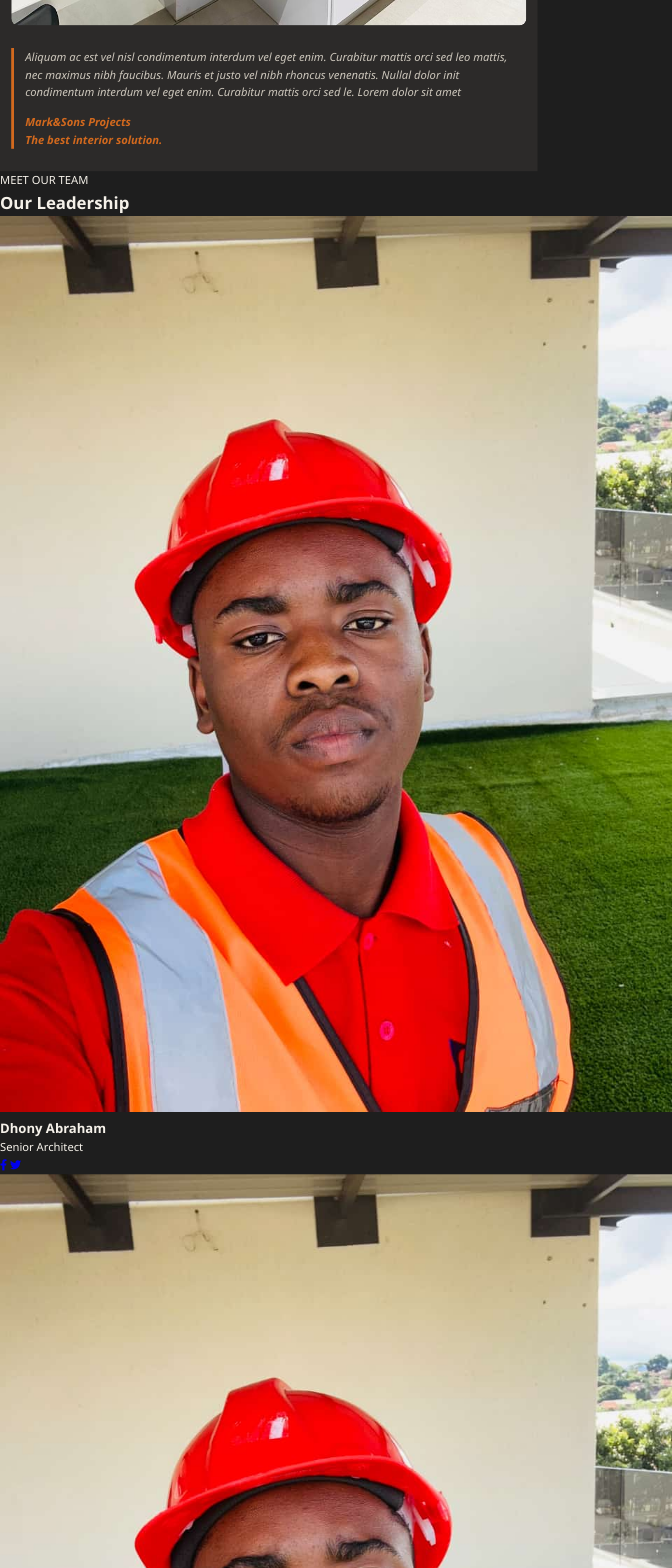
Repository: VallowEvido/Mark-SonsProjects
Page: about.html
An editor plug-in stored every save of this project. The page is shown before and after a run of saves, followed by the edit.
The browser window is 768 px wide. The page is 960 px wide, then 768 px, so the pictures cover 960 px, including what lies to the right of the window. The pictures show the part of the page from y = 1612 to 3852 px (the page is 7395 px tall before and 3741 px after), at 70% of full size.

Above is the page before, as saved 2025-07-18 10:28:53.

### about.html
 <!DOCTYPE html>
<html lang="en">
<head>
  <meta charset="UTF-8" />
  <meta name="viewport" content="width=device-width, initial-scale=1" />
  <title>About Us - Carpentry</title>
  <link rel="stylesheet" href="styles.css" />
  <link rel="stylesheet" href="https://cdnjs.cloudflare.com/ajax/libs/font-awesome/6.4.0/css/all.min.css" />
</head>
<body>
  <nav>
    <div class="logo">Mark&Sons Projects</div>
    <ul>
      <li><a href="home.html">Home</a></li>
      <li><a href="#" class="active">About</a></li>
      <li><a href="services.html">Services</a></li>
      <li><a href="projects.html">Projects</a></li>
      <li><a href="blog.html">Blog</a></li>
      <li><a href="contact.html">Contact</a></li>
    </ul>
  </nav>

  <section class="about-hero">
    <div class="about-hero-content">
      <h1>About Us</h1>
      <p><a href="home.html">Home</a> &raquo; <strong>About Us</strong></p>
    </div>
  </section>

  <section class="about-main">
    <div class="about-text">
      <h5>AN ENCHANTING DREAM HOME.</h5>
      <h2>We Have 10+ Years Of Experience.</h2>
      <p>Aliquam ac est vel nisl condimentum interdum vel eget enim. Curabitur mattis orci sed leo mattis, nec maximus nibh faucibus.</p>
      <a href="#" class="btn btn-pink">Read More</a>
    </div>
    <div class="about-image">
      <img src="images/kitchen/IMG-20241116-WA0012.jpg" alt="About Us Image" />
    </div>
    <div class="about-quote">
      <blockquote>
        <p><em>Aliquam ac est vel nisl condimentum interdum vel eget enim. Curabitur mattis orci sed leo mattis, nec maximus nibh faucibus. Mauris et justo vel nibh rhoncus venenatis. Nullal dolor init condimentum interdum vel eget enim. Curabitur mattis orci sed le. Lorem dolor sit amet</em></p>
        <footer><strong>Mark&Sons Projects</strong><br /><em>The best interior solution.</em></footer>
      </blockquote>
    </div>
  </section>

  <section class="leadership-section">
    <div class="container">
      <p class="section-subtitle">MEET OUR TEAM</p>
      <h2 class="section-title">Our Leadership</h2>
      <div class="leadership-cards">
        <div class="leadership-card">
          <img src="teammembers/fan.jpg" alt="Dhony Abraham" />
          <h3>Dhony Abraham</h3>
          <p>Senior Architect</p>
          <div class="social-icons">
            <a href="#" class="facebook"><i class="fab fa-facebook-f"></i></a>
            <a href="#" class="twitter"><i class="fab fa-twitter"></i></a>
          </div>
        </div>
        <div class="leadership-card">
          <img src="teammembers/fan.jpg" alt="Natalia Olson" />
          <h3>Natalia Olson</h3>
          <p>Creative Director</p>
          <div class="social-icons">
            <a href="#" class="facebook"><i class="fab fa-facebook-f"></i></a>
            <a href="#" class="twitter"><i class="fab fa-twitter"></i></a>
          </div>
        </div>
        <div class="leadership-card">
          <img src="teammembers/fan.jpg" alt="Rhoda Byrd" />
          <h3>Rhoda Byrd</h3>
          <p>Senior Architect</p>
          <div class="social-icons">
            <a href="#" class="facebook"><i class="fab fa-facebook-f"></i></a>
            <a href="#" class="twitter"><i class="fab fa-twitter"></i></a>
          </div>
        </div>
        <div class="leadership-card">
          <img src="teammembers/fan.jpg" alt="Grace Hall" />
          <h3>Grace Hall</h3>
          <p>Creative Director</p>
          <div class="social-icons">
            <a href="#" class="facebook"><i class="fab fa-facebook-f"></i></a>
            <a href="#" class="twitter"><i class="fab fa-twitter"></i></a>
          </div>
        </div>
      </div>
    </div>
  </section>

</body>
</html>

### styles.css
/* General Reset and Base */
* {
  margin: 0;
  padding: 0;
  box-sizing: border-box;
  font-family: 'Segoe UI', Tahoma, Geneva, Verdana, sans-serif;
}

body {
  background-color: #1e1e1e; /* Dark background */
  color: #f5f1e9; /* Light beige text */
  line-height: 1.6;
}

/* Navigation Bar */
nav {
  background-color: #2c2a29; /* Dark charcoal */
  display: flex;
  justify-content: space-between;
  align-items: center;
  padding: 1rem 3rem;
  position: sticky;
  top: 0;
  z-index: 1000;
}

nav .logo {
  font-size: 1.8rem;
  font-weight: bold;
  color: #d2691e; /* Warm brown */
  letter-spacing: 1px;
}

nav ul {
  list-style: none;
  display: flex;
  gap: 2rem;
}

nav ul li a {
  color: #f5f1e9;
  text-decoration: none;
  font-weight: 600;
  transition: color 0.3s ease;
}

nav ul li a:hover,
nav ul li a.active {
  color: #d2691e; /* Warm brown highlight */
}

/* Hero Section */
.hero {
  background: url('images/kitchen/kich.jpg') no-repeat center center/cover;
  height: 80vh;
  display: flex;
  flex-direction: column;
  justify-content: center;
  align-items: center;
  text-align: center;
  padding: 0 2rem;
  position: relative;
}

.hero::after {
  content: "";
  position: absolute;
  top: 0; left: 0; right: 0; bottom: 0;
  background-color: rgba(44, 42, 41, 0.7); /* Overlay for readability */
  z-index: 1;
}

.hero-content {
  position: relative;
  z-index: 2;
  color: #f5f1e9;
  max-width: 700px;
}

.hero-content h1 {
  font-size: 3rem;
  margin-bottom: 1rem;
  font-weight: 700;
}

.hero-content p {
  font-size: 1.3rem;
  margin-bottom: 2rem;
}

.hero-content .btn {
  background-color: #d2691e;
  color: #f5f1e9;
  padding: 0.75rem 2rem;
  border: none;
  border-radius: 25px;
  font-size: 1rem;
  cursor: pointer;
  font-weight: 600;
  transition: background-color 0.3s ease;
  text-decoration: none;
  display: inline-block;
}

.hero-content .btn:hover {
  background-color: #b35414;
}

/* Services Section */
.services {
  background-color: #2c2a29;
  padding: 4rem 2rem;
  display: flex;
  justify-content: center;
  gap: 2rem;
  flex-wrap: wrap;
}

.service-card {
  background-color: #3a3735;
  padding: 2rem;
  border-radius: 10px;
  width: 280px;
  text-align: center;
  box-shadow: 0 4px 8px rgba(0,0,0,0.3);
  transition: transform 0.3s ease;
}

.service-card:hover {
  transform: translateY(-10px);
}

.service-icon {
  font-size: 2.5rem;
  color: #d2691e;
  margin-bottom: 1rem;
}

.service-card h3 {
  margin-bottom: 1rem;
  font-size: 1.25rem;
  font-weight: 700;
}

.service-card p {
  font-size: 0.95rem;
  margin-bottom: 1.5rem;
  color: #ccc6bb;
}

.service-card a {
  color: #d2691e;
  font-weight: 600;
  text-decoration: none;
  border-bottom: 2px solid transparent;
  transition: border-color 0.3s ease;
}

.service-card a:hover {
  border-color: #d2691e;
}

/* Responsive */
@media (max-width: 900px) {
  .services {
    flex-direction: column;
    align-items: center;
  }
  .service-card {
    width: 90%;
    max-width: 400px;
  }
}

/* WHY US Section */
.why-us {
  background-color: #0b0b0b;
  color: #f5f1e9;
  display: flex;
  justify-content: space-between;
  align-items: center;
  padding: 4rem 3rem;
  gap: 2rem;
  flex-wrap: wrap;
}

.why-us-content {
  flex: 1 1 250px;
  max-width: 320px;
}

.why-us-content h5 {
  color: #d2691e;
  font-weight: 700;
  letter-spacing: 2px;
  margin-bottom: 1rem;
  font-size: 0.8rem;
}

.why-us-content h2 {
  font-size: 1.3rem;
  margin-bottom: 1.5rem;
  font-weight: 700;
}

.why-us-content p {
  font-size: 0.8rem;
  margin-bottom: 2rem;
  color: #ccc6bb;
  line-height: 1.5;
}

.why-us-content .btn-pink {
  background-color: #d2691e;
  padding: 0.75rem 1.75rem;
  border-radius: 25px;
  color: #f5f1e9;
  font-weight: 600;
  text-decoration: none;
  display: inline-block;
  transition: background-color 0.3s ease;
}

.why-us-content .btn-pink:hover {
  background-color: #b35414;
}

.why-us-images {
  flex: 1 1 300px;
  display: flex;
  gap: 0.75rem;
  flex-wrap: wrap;
  justify-content: center;
}

.large-image {
  flex: 1 1 50%;
  border-radius: 10px;
  overflow: hidden;
}

.large-image img {
  width: 100%;
  height: auto;
  display: block;
  border-radius: 10px;
}

.small-images {
  flex: 1 1 40%;
  display: flex;
  flex-direction: column;
  gap: 0.75rem;
}

.small-images img {
  width: 100%;
  height: auto;
  border-radius: 10px;
  display: block;
}

/* Responsive */
@media (max-width: 900px) {
  .why-us {
    flex-direction: column;
    padding: 2rem 1rem;
  }
  .why-us-content, .why-us-images {
    max-width: 100%;
    flex: 1 1 100%;
  }
  .large-image, .small-images {
    flex: 1 1 100%;
  }
  .small-images {
    flex-direction: row;
  }
  .small-images img {
    width: 50%;
  }
}

/* Capabilities Section */
.capabilities {
  background-color: #121212;
  color: #f5f1e9;
  padding: 4rem 3rem;
  text-align: center;
}

/* About Page Styles */
.about-hero {
  background: url('images/kitchen/kich.jpg') no-repeat center center/cover;
  height: 30vh;
  display: flex;
  align-items: center;
  padding: 0 3rem;
  color: #f5f1e9;
  position: relative;
}

.about-hero::after {
  content: "";
  position: absolute;
  top: 0; left: 0; right: 0; bottom: 0;
  background-color: rgba(44, 42, 41, 0.8);
  z-index: 1;
}

.about-hero-content {
  position: relative;
  z-index: 2;
}

.about-hero-content h1 {
  font-size: 2.5rem;
  margin-bottom: 0.5rem;
}

.about-hero-content p {
  font-size: 1rem;
  color: #ccc6bb;
  text-align: center;
}

.about-hero-content p a {
  color: #d2691e;
  text-decoration: none;
}

.about-hero-content p a:hover {
  text-decoration: underline;
}

.about-main {
  background-color: #2c2a29;
  display: flex;
  justify-content: space-around;
  align-items: center;
  padding: 4rem 3rem;
  gap: 2rem;
  flex-wrap: wrap;
  color: #f5f1e9;
}

.about-text {
  flex: 1 1 300px;
  max-width: 400px;
  text-align: center;
}

.about-text h5 {
  color: #d2691e;
  font-weight: 700;
  letter-spacing: 2px;
  margin-bottom: 1rem;
  font-size: 0.9rem;
}

.about-text h2 {
  font-size: 1.8rem;
  margin-bottom: 1.5rem;
  font-weight: 700;
}

.about-text p {
  font-size: 1rem;
  margin-bottom: 2rem;
  color: #ccc6bb;
  line-height: 1.5;
}

.about-text .btn-pink {
  background-color: #d2691e;
  padding: 0.75rem 1.75rem;
  border-radius: 25px;
  color: #f5f1e9;
  font-weight: 600;
  text-decoration: none;
  display: inline-block;
  transition: background-color 0.3s ease;
}

.about-text .btn-pink:hover {
  background-color: #b35414;
}

.about-image {
  flex: 1 1 300px;
  max-width: 350px;
  border-radius: 10px;
  overflow: hidden;
}

.about-image img {
  width: 100%;
  height: auto;
  display: block;
  border-radius: 10px;
}

.about-quote {
  flex: 1 1 300px;
  max-width: 350px;
  font-style: italic;
  color: #ccc6bb;
}

.about-quote blockquote {
  border-left: 4px solid #d2691e;
  padding-left: 1rem;
}

.about-quote footer {
  margin-top: 1rem;
  font-weight: 700;
  color: #d2691e;
}

/* Responsive */
@media (max-width: 900px) {
  .about-main {
    flex-direction: column;
    padding: 2rem 1rem;
  }
  .about-text, .about-image, .about-quote {
    max-width: 100%;
    flex: 1 1 100%;
  }
}

.capabilities-header h5 {
  color: #d2691e;
  font-weight: 700;
  letter-spacing: 2px;
  margin-bottom: 0.5rem;
  font-size: 1rem;
}

.capabilities-header h2 {
  font-size: 2.5rem;
  margin-bottom: 3rem;
  font-weight: 700;
}

.capabilities-cards {
  display: flex;
  justify-content: center;
  gap: 2rem;
  flex-wrap: wrap;
}

.capability-card {
  background-color: #2c2a29;
  border-radius: 10px;
  width: 220px;
  padding: 1rem;
  box-shadow: 0 4px 8px rgba(0,0,0,0.3);
  transition: transform 0.3s ease;
  cursor: pointer;
}

.capability-card:hover {
  transform: translateY(-10px);
}

.capability-card img {
  width: 100%;
  height: 180px;
  object-fit: cover;
  border-radius: 10px;
  margin-bottom: 1rem;
}

.capability-card h3 {
  font-size: 1.1rem;
  font-weight: 700;
  color: #f5f1e9;
}

/* Responsive */
@media (max-width: 900px) {
  .capabilities-cards {
    flex-direction: column;
    align-items: center;
  }
  .capability-card {
    width: 90%;
    max-width: 400px;
  }
}

After the next 12 saves:
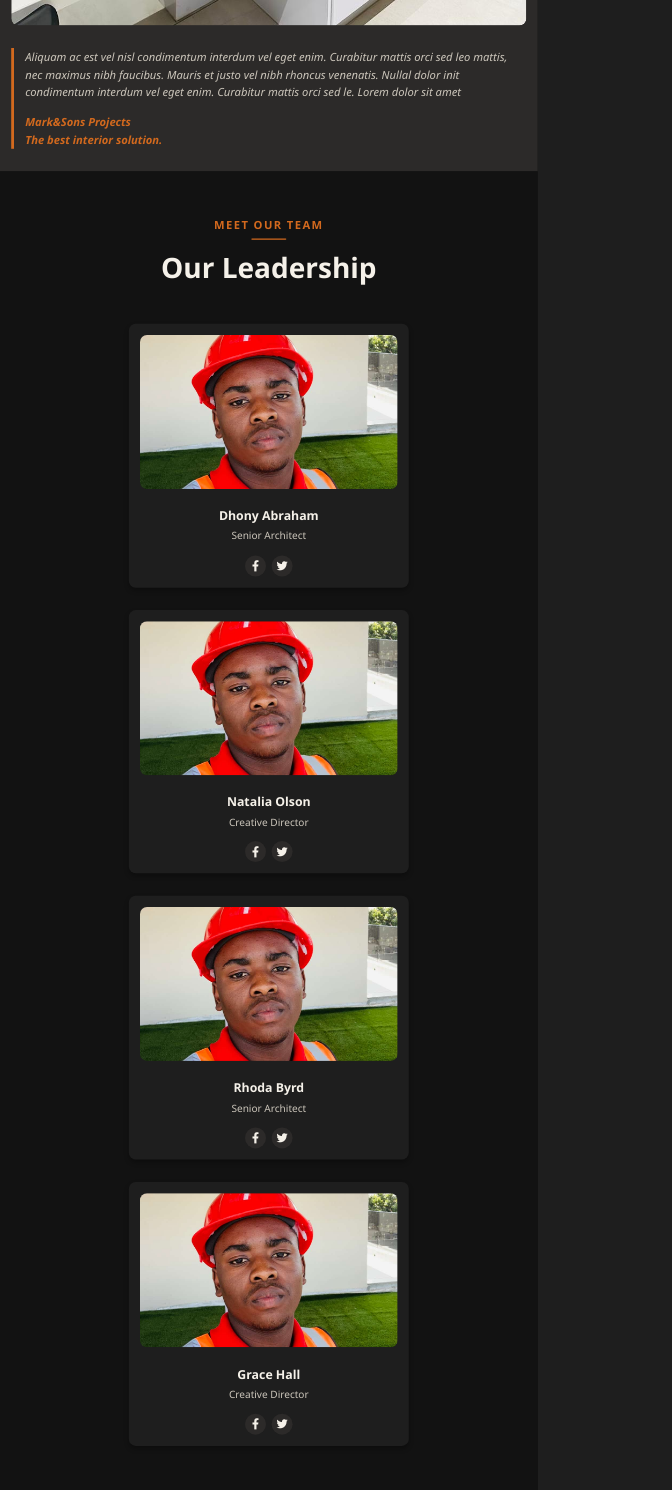
The 12 saves are shown as one change because they came seconds apart.
The last was saved 2 min 7 s later.
--- a/styles.css
+++ b/styles.css
@@ -490,3 +490,126 @@ nav ul li a.active {
     max-width: 400px;
   }
 }
+
+/* Leadership Section */
+.leadership-section {
+  background-color: #121212;
+  padding: 4rem 3rem;
+  color: #f5f1e9;
+  text-align: center;
+}
+
+.leadership-section .container {
+  max-width: 1200px;
+  margin: 0 auto;
+}
+
+.section-subtitle {
+  color: #d2691e;
+  font-weight: 700;
+  letter-spacing: 2px;
+  margin-bottom: 0.5rem;
+  font-size: 1rem;
+  position: relative;
+  display: inline-block;
+  padding-bottom: 0.5rem;
+}
+
+.section-subtitle::before {
+  content: "";
+  position: absolute;
+  width: 50px;
+  height: 2px;
+  background-color: #d2691e;
+  bottom: 0;
+  left: 50%;
+  transform: translateX(-50%);
+  border-radius: 2px;
+}
+
+.section-title {
+  font-size: 2.5rem;
+  margin-bottom: 3rem;
+  font-weight: 700;
+}
+
+.leadership-cards {
+  display: flex;
+  justify-content: center;
+  gap: 2rem;
+  flex-wrap: wrap;
+}
+
+.leadership-card {
+  background-color: #1e1e1e;
+  border-radius: 10px;
+  width: 220px;
+  padding: 1rem;
+  box-shadow: 0 4px 8px rgba(0,0,0,0.3);
+  transition: transform 0.3s ease;
+  cursor: pointer;
+  color: #f5f1e9;
+}
+
+.leadership-card:hover {
+  transform: translateY(-10px);
+}
+
+.leadership-card img {
+  width: 100%;
+  height: 220px;
+  object-fit: cover;
+  border-radius: 10px;
+  margin-bottom: 1rem;
+}
+
+.leadership-card h3 {
+  font-size: 1.1rem;
+  font-weight: 700;
+  margin-bottom: 0.25rem;
+}
+
+.leadership-card p {
+  font-size: 0.9rem;
+  margin-bottom: 1rem;
+  color: #ccc6bb;
+}
+
+.social-icons {
+  display: flex;
+  justify-content: center;
+  gap: 0.5rem;
+}
+
+.social-icons a {
+  display: inline-flex;
+  align-items: center;
+  justify-content: center;
+  width: 30px;
+  height: 30px;
+  border-radius: 50%;
+  color: #f5f1e9;
+  background-color: #2c2a29;
+  text-decoration: none;
+  transition: background-color 0.3s ease;
+}
+
+.social-icons a.facebook:hover {
+  background-color: #3b5998;
+}
+
+.social-icons a.twitter:hover {
+  background-color: #1da1f2;
+}
+
+/* Responsive */
+@media (max-width: 900px) {
+  .leadership-cards {
+    flex-direction: column;
+    align-items: center;
+  }
+  .leadership-card {
+    width: 90%;
+    max-width: 400px;
+  }
+}
